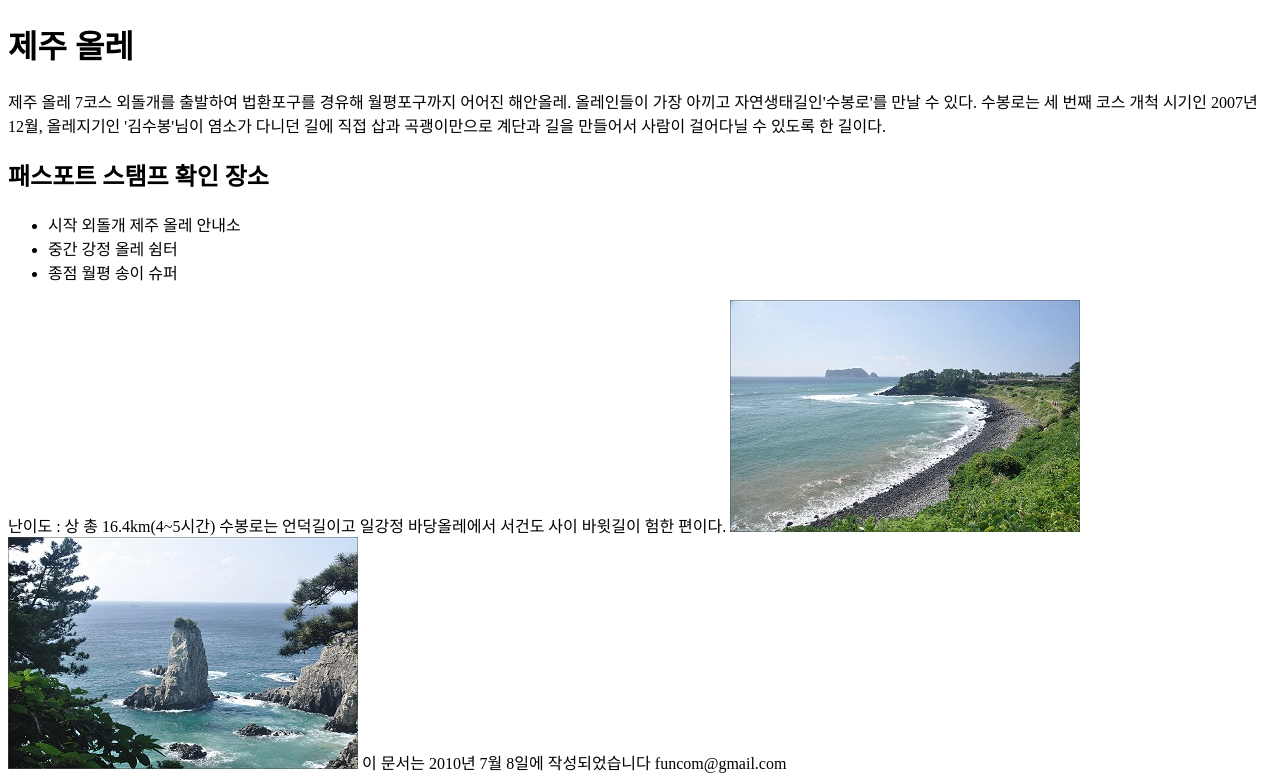
Repository: jinaa11/Kcc_Web
Page: Html/WebContent/sample2.html
The author's editor kept a copy of each file at every save. The page is drawn from the files as they stood at one save, then again after the next save.
The browser window is 1280 px wide. The pictures show the whole page.

Above is the page before, as saved 2024-07-08 07:12:43.

After the next save:
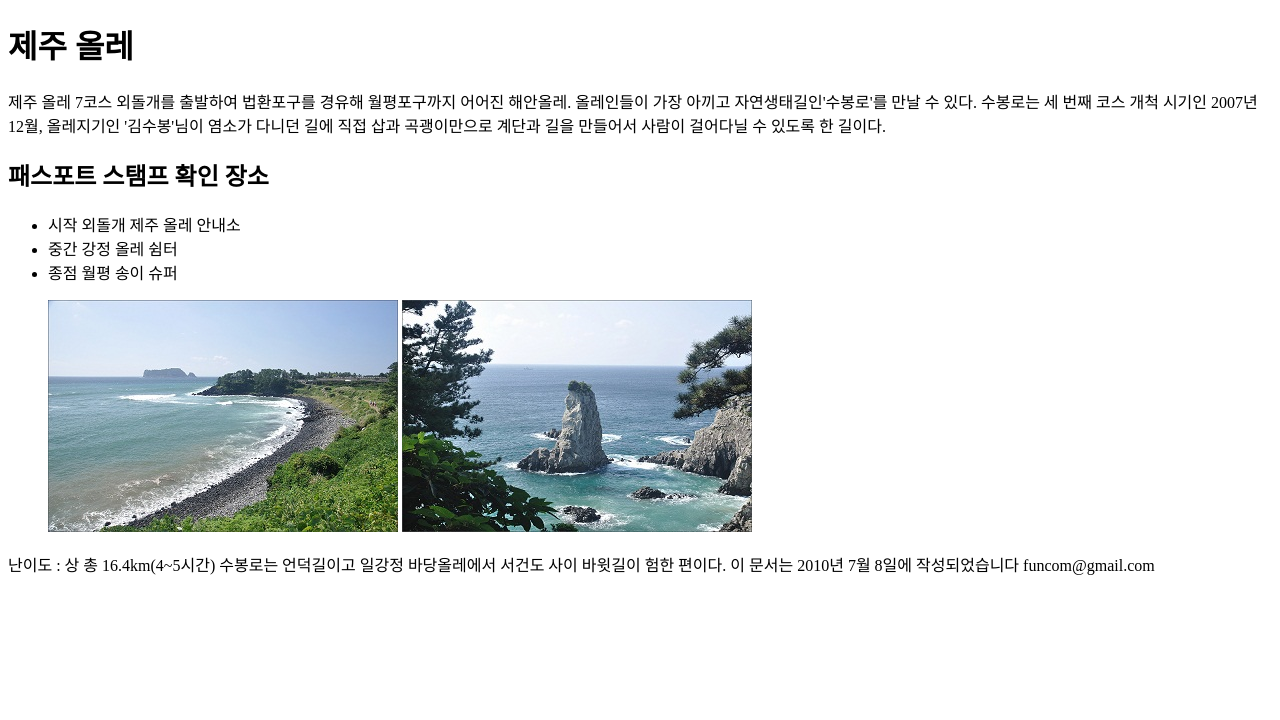
Saved 35 s later.
--- a/Html/WebContent/sample2.html
+++ b/Html/WebContent/sample2.html
@@ -26,6 +26,8 @@
 
 <figure>
 	<figcaption></figcaption>
+	<img src="images/road1.jpg">
+    <img src="images/road2.jpg">
 </figure>
 
 
@@ -37,10 +39,7 @@
   수봉로는 언덕길이고 일강정 바당올레에서 서건도 사이 바윗길이 험한 편이다.
 
 
-    <img src="images/road1.jpg">
 
-
-    <img src="images/road2.jpg">
 
 
 이 문서는 2010년 7월 8일에 작성되었습니다
